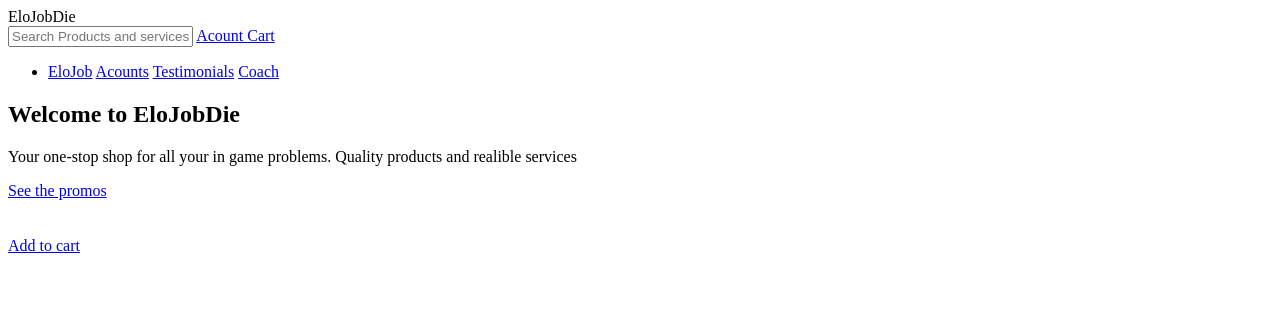
Repository: JustTheHero/web_online_store
Page: homePage.html
These files come from the project's save history. The page is drawn as it stood at one moment and after the next save; the edit follows.
The browser window is 1280 px wide. The pictures show the whole page.

Above is the page before, as saved 2025-04-24 09:27:36.

### homePage.html
<!DOCTYPE html>
<html>
<head>
    <meta charset="UTF-8">
    <meta name="viewport" content="width=device-width, initial-scale=1.0">
    <title>EloJobDie</title>
    <style>

    </style>
</head>
<body>
    <header>
        <div class="container_header">
            <div class="logo">
                EloJob<spam>Die</spam>
            </div>
            <div class="search_bar">
                <input type = "text" placeholder = "Search Products and services"
            </div>
            <dic class = "icons_navigation">
                <a href="#accont"> Acount
                </a>
                <a href="#cart"> Cart
                </a>
            </dic>
        </div>
    </header>
    <nav>
        <div class = "container_nav">
            <ul class = "nav_itens">
                <li>
                    <a href="#elojob">EloJob</a>
                    <a href="#acounts">Acounts</a>
                    <a href="#testimonials">Testimonials</a>
                    <a href="#coach">Coach</a>
                </li>
            </ul>
        </div>
    </nav>
    <section class = "welcome">
        <div class = "container_welcome">
            <h1>Welcome to EloJobDie</h1>
            <p>Your one-stop shop for all your in game problems. Quality products and realible services</p>
            <a href="#promos">See the promos</a>
        </div>
    </section>

    <section class="products">
        <div class = "container_products">
            <div class = "grid_products">
               <div class = "card_products">
                <div class = "image_products">
                    <img src="" alt="">
                </div>
                <div class = "info_products">
                    <h3 class = "title_product"></h3>
                    <p class = "price_product"></p>
                    <a href="#add_to_cartc"class = "btn">Add to cart</a>
                </div>
               </div>
            </div>
        </div>
    </section>
    <footer>

    </footer>


</body>
</html>

After the next save:
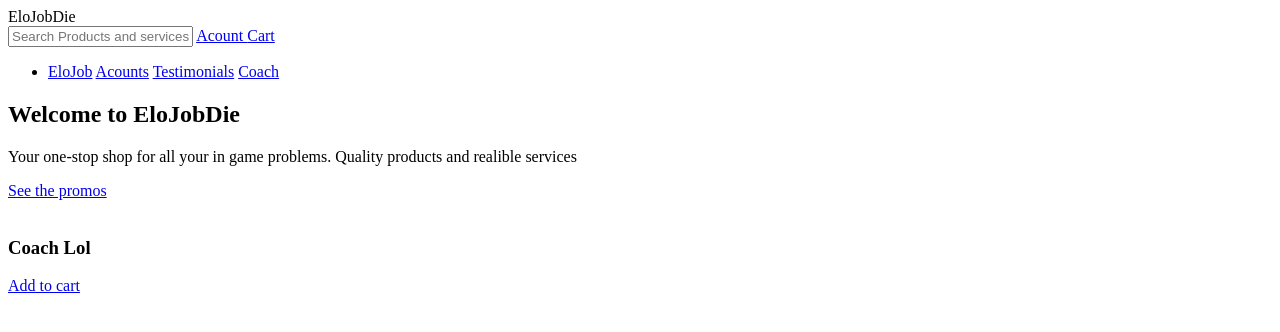
Saved 10 s later.
--- a/homePage.html
+++ b/homePage.html
@@ -53,7 +53,7 @@
                     <img src="" alt="">
                 </div>
                 <div class = "info_products">
-                    <h3 class = "title_product"></h3>
+                    <h3 class = "title_product">Coach Lol</h3>
                     <p class = "price_product"></p>
                     <a href="#add_to_cartc"class = "btn">Add to cart</a>
                 </div>
